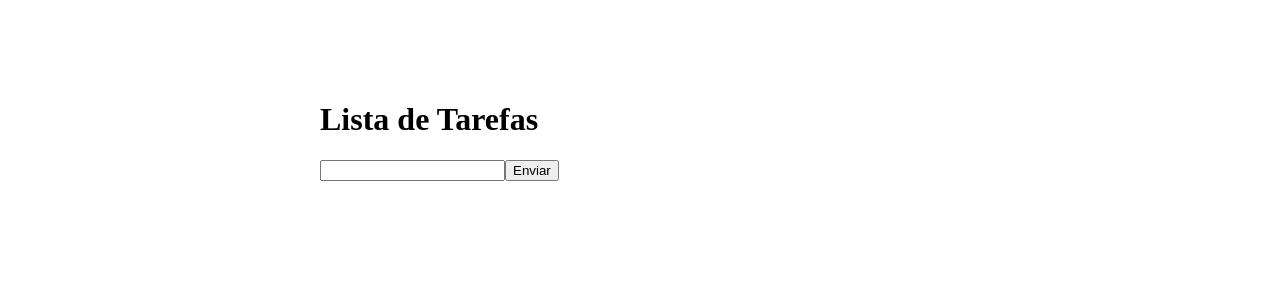
Repository: FellipeMiguel/lista-de-tarefas
Page: /
An editor plug-in stored every save of this project. The page is shown before and after the next save, followed by the edit.
The browser window is 1280 px wide. The pictures show the whole page.
The project was rebuilt for these pictures with package versions that can differ from the ones it lists, and the page was loaded fresh each time. Also part of the build but not shown: src/App.css.

Above is the page before, as saved 2023-06-14 23:02:15.

After the next save:
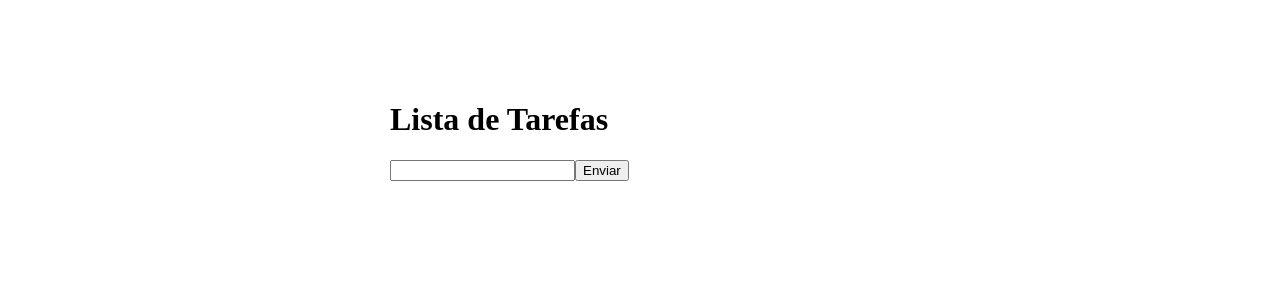
Saved 2 min 5 s later.
--- a/src/components/Main.css
+++ b/src/components/Main.css
@@ -2,5 +2,5 @@
   background: #fff;
   padding: 30px;
   margin: 50px auto;
-  max-width: 640px;
+  max-width: 500px;
 }
